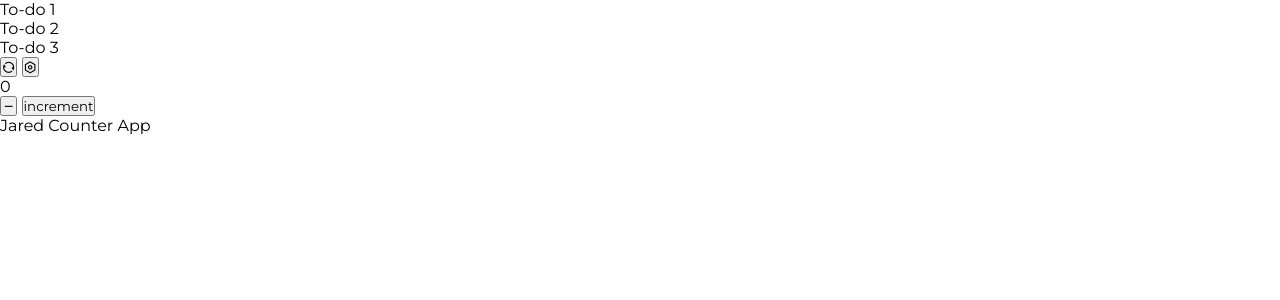
Repository: EguJaredoBoyd/Jared-Counter-App
Page: index.html
These files come from the project's save history. The page is drawn as it stood at one moment and after the next save; the edit follows.
The browser window is 1280 px wide. The pictures show the whole page.

Above is the page before, as saved 2025-11-17 21:32:52.

After the next save:
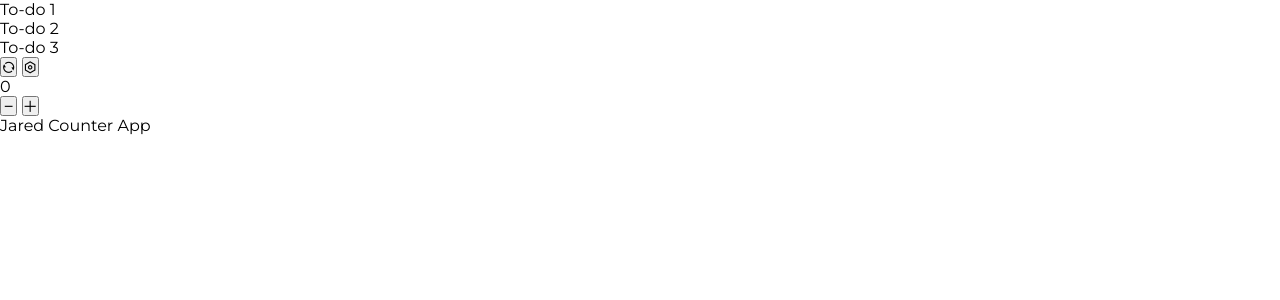
Saved 51 s later.
--- a/index.html
+++ b/index.html
@@ -28,7 +28,7 @@
     <main>
         <p id="start-count">0</p>
         <button id="decrement"><i class="ri-subtract-line"></i></button>
-        <button id="increment">increment</button>
+        <button id="increment"><i class="ri-add-large-line"></i></button>
     </main>
 
     <footer>
